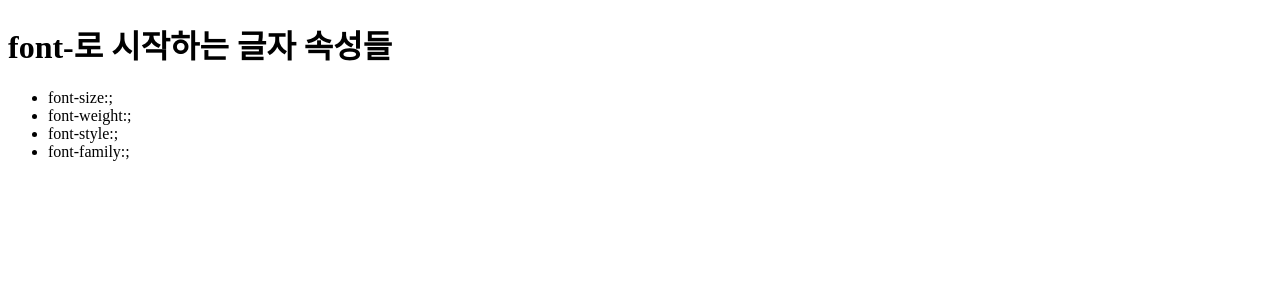
Repository: Git-Seokcoding/WEB
Page: CSS3/src/main/webapp/font.html
An editor plug-in stored every save of this project. The page is shown before and after the next save, followed by the edit.
The browser window is 1280 px wide. The pictures show the whole page.

Above is the page before, as saved 2023-10-12 08:35:14.

### CSS3/src/main/webapp/font.html
<!DOCTYPE html>
<html>
<head>
<meta charset="UTF-8">
<title>font-</title>
	<link href="font.css" rel="stylesheet">
</head>
<body>
	<h1>font-로 시작하는 글자 속성들</h1>
	<ul>
	<li>font-size:;</li>
	<li>font-weight:;</li>
	<li>font-style:;</li>
	<li>font-family:;</li>
	</ul>
</body>
</html>

Loaded but not shown: CSS3/src/main/webapp/font.css (common file)

After the next save:
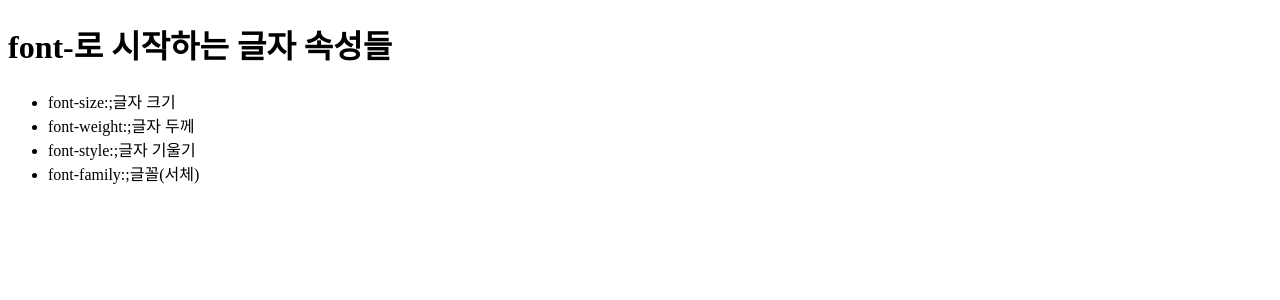
Saved 18 s later.
--- a/CSS3/src/main/webapp/font.html
+++ b/CSS3/src/main/webapp/font.html
@@ -8,10 +8,10 @@
 <body>
 	<h1>font-로 시작하는 글자 속성들</h1>
 	<ul>
-	<li>font-size:;</li>
-	<li>font-weight:;</li>
-	<li>font-style:;</li>
-	<li>font-family:;</li>
+	<li>font-size:;글자 크기</li>
+	<li>font-weight:;글자 두께</li>
+	<li>font-style:;글자 기울기</li>
+	<li>font-family:;글꼴(서체)</li>
 	</ul>
 </body>
 </html>
